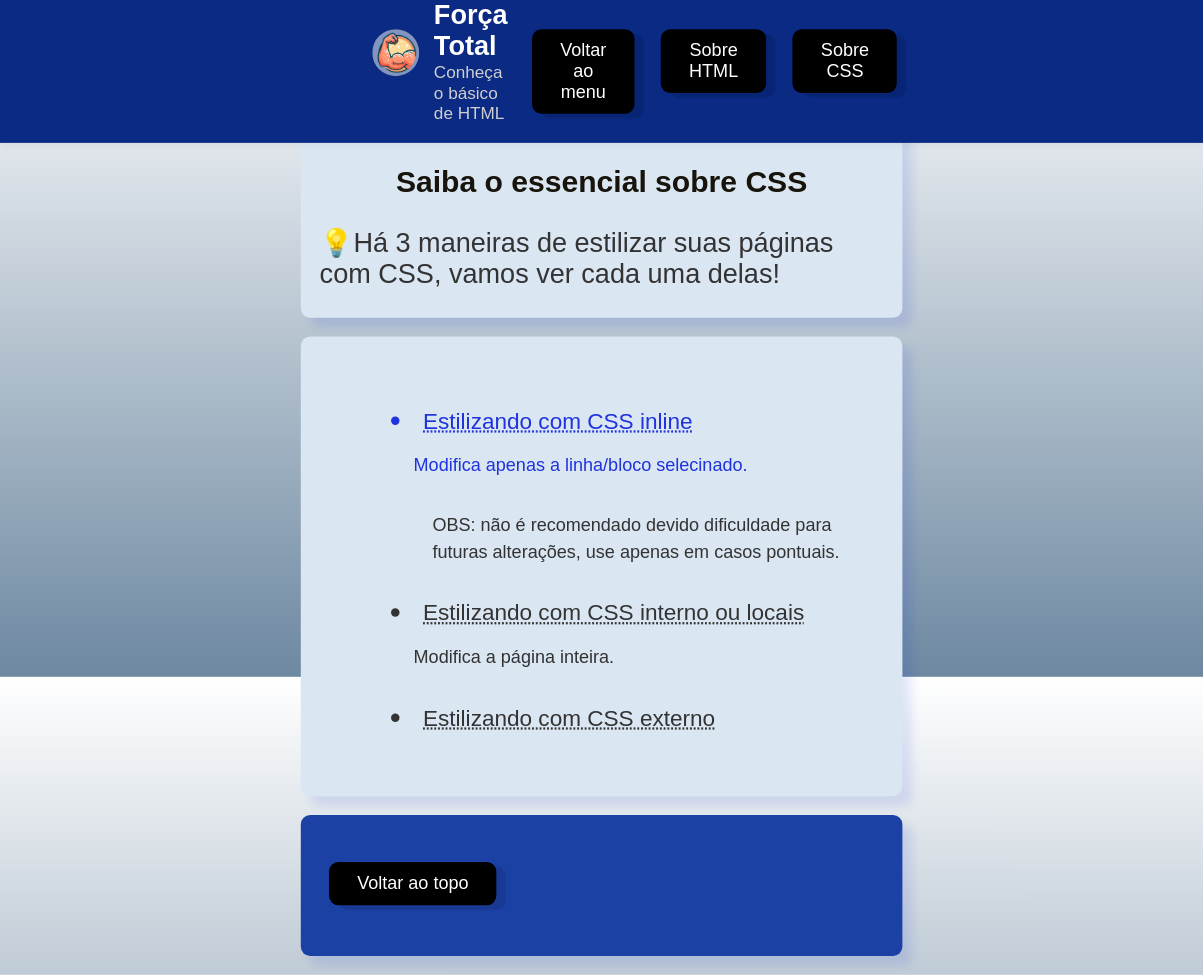
Repository: LuidyOn/Site_Forca_Total
Page: ForçaTotal/paginas/sobrecss.html
The author's editor kept a copy of each file at every save. The page is drawn from the files as they stood at one save, then again after the next save.
The browser window is 1280 px wide. The pictures show the whole page, at 94% of full size.
Backgrounds fixed to the window are drawn as part of the page.

Above is the page before, as saved 2025-05-19 14:27:17.

### ForçaTotal/paginas/sobrecss.html
<!DOCTYPE html>
<html lang="pt-br">
<head>
    <meta charset="UTF-8">
    <meta name="viewport" content="width=device-width, initial-scale=1.0">
    <title>Força Total</title>
  <link rel="shortcut icon" href="../img/icons/logo.ico" type="image/x-icon">
  <link rel="stylesheet" href="../css/style.css">
<!--
    Estilos CSS internos para a página:
    - Define fonte, cores de fundo e texto, margens e espaçamento do body.
    - Define cores para títulos (h1, h2, h3, h4).
    - Ajusta margem do h5.
    - Remove marcadores e espaçamento da lista.
    - Define espaçamento entre itens da lista.
    - Estiliza botões: cor de fundo, cor do texto, borda arredondada, efeito hover.
-->
<!--
<style>
    body {
            font-family: Arial, sans-serif;
            background-color: #cef7f7;
            color: #333;
            margin: 0;
            padding: 20px;
    }
    h1 {
            color: #2c3e50;
    }
    h2 {
            color: #2980b9;
    }
    h3 {
            color: #231a27;
    }
    h4 {
            color: #2980b9;
    }
    h5 {
            margin-left: 10px;
    }
    ul {
            list-style-type: none;
            padding: 0;
    }
    li {
            margin-bottom: 10px;
    }
    button {
            background-color: #3498db;
            color: white;
            border: 100;
            padding: 10px 20px;
            cursor: pointer;
            border-radius: 100px;
    }
    button:hover {
            background-color: #2980b9;
    }
</style>
-->
</head>
<body>
        <header>
      <div style="display: flex; align-items: center; gap: 16px;">
        <img src="../img/logo.jpg" alt="Imagem logo" style="height: 50px; width: auto; margin-left: 480px;">
        <div style="text-align: left;">
          <h1 style="margin: 0; font-size: 1.5em;">Força Total</h1>
          <p style="margin: 0; color: rgb(207, 207, 207); font-size: 0.95em;">Conheça o básico de HTML</p>
        </div>
      </div>
      <span style="flex: 1; display: flex; justify-content: center; gap: 8px; margin-right: 400px;" >
        <a href="../index.html"><button id="botao">Voltar ao menu</button></a>
        <a href="sobreHTML.html"><button>Sobre HTML</button></a>
        <a href="sobrecss.html"><button>Sobre CSS</button></a>
      </span>
    </header>
    <div style="height: 100px;"></div>
    <h3 style="text-align: left;">

<section style="background-color: #10315e #dae6f1; padding: 20px; text-align: justify;">
<h2 style="text-align: center;">Saiba o essencial sobre CSS</h2>
    <h3 style="text-align: left;">💡Há 3 maneiras de estilizar suas páginas com CSS, vamos ver cada uma delas!</h3>
    </section>

    <section>

    <ul>
        <li style="color: rgb(31, 51, 223);"><h4></style> <abbr title="Dica: use <h4 style='color'> ">Estilizando com CSS inline</h4></abbr>
                <p>Modifica apenas a linha/bloco selecinado.</p>
        </li>

            <h5>
                <p style="color: #333;">OBS: não é recomendado devido dificuldade para futuras alterações, use apenas em casos pontuais. </p>
            </h5>


        <li><h4> <abbr title="Em <head>, use: <style> body { font-family: Arial, sans-seri} h1 {...} ...">Estilizando com CSS interno ou locais</h4> </abbr>
        <p>Modifica a página inteira.</p></li>

        <li><h4> <abbr title="Para esteilizar uma página inteira usamos: <link rel='stylesheet' href='style.css'>">Estilizando com CSS externo</h4> </abbr>
        </li>
    </ul>
        </section>

<section style=" background-color: #1c41a5; padding: 10px; text-align: justify; height: 150px; padding: 1px 20px;">
  <h3 style="text-align: left;">
    <span>
    <a href="sobrecss.html"><button id="botao">Voltar ao topo</button></a>
  </h3>
  </section>

</body>
</html>

### ForçaTotal/css/style.css
/* Resetando algumas margens e paddings padrão */
@charset "UTF-8";

* {
  margin: 100;
  padding: 0;
  box-sizing: border-box;

}

body {
  font-family: 'Arial', sans-serif;
  text-align: left;
  background-image: linear-gradient(to bottom, #ffffff, #6d88a1);
  background-attachment: fixed;
  margin: 0;
  padding: 0;
  color: #333;
  width: 100vw;
  min-height: 100vh;
}

header {
  display: flex;
  align-items: center;
  justify-content: center;
  gap: 16px;
  position: fixed;
  top: -20px;
  left: 0;
  width: 100%;
  background: #10315e;
  z-index: 1000;
  box-shadow: 0 2px 8px rgba(0,0,0,0.05);
  background-color: #0a2a83;
  color: white;
  text-align: center;
  padding: 20px;
  font-size: 1.2rem;
}

header img {
  width: 150px;
  margin-bottom: 20px;
  border-radius: 50%;
}

h1 {
  font-size: 2.5rem;
  margin-bottom: 10px;
  font-weight: bold;
}

h2 {
  font-size: 2rem;
  margin-bottom: 10px;
  font-weight: bold;
}

h3 {
  font-size: 1.8rem;
  margin-bottom: 10px;
  font-weight: 300;
  text-align: center;
}

h4 {
  font-size: 1.5rem;
  margin-bottom: 10px;
  font-weight: 300;
  margin-left: 10px;
}

h5 {
  font-size: 1.3rem;
  margin-bottom: 10px;
  font-weight: 300;
  margin-left: 20px;
}

ul {
  padding: 0;
  margin-left: 100px;
}
ol {
  list-style-type: decimal;
  margin: 0;
}

p {
  font-size: 1.2rem;
  font-weight: 300;
}

section {
  padding: 40px 20px;
  background-color: #dae6f1;
  margin: 20px 0;
  border-radius: 10px;
  box-shadow: 10px 10px 10px rgba(0, 42, 228, 0.1);
  width: 50%;
  margin-left: auto;
  margin-right: auto;
  display: block;
  align-items: center;
  justify-content: space-between;
}

.variacao {
  background-color: rgba(99, 173, 219, 0.262);

}

section h2 {
  font-size: 2rem;
  margin-bottom: 10px;
  color: rgb(24, 20, 11);
}

section p {
  font-size: 1.2rem;
  line-height: 1.5;
  margin-bottom: 20px;
}

section img {
  width: 25%;
  max-width: 600px;
  border-radius: 10px;
  box-shadow: 0px 4px 6px rgba(0, 0, 0, 0.1);
  margin-left: px;
}

button {
  padding: 12px 30px;
  font-size: 1.2rem;
  background-color: #000000;
  color: white;
  border: none;
  border-radius: 10px;
  cursor: pointer;
  transition: background-color 0.3s ease, transform 0.2s ease;
  margin-top: 20px;
  margin-left: 10px;
  margin-right: 10px;
  box-shadow: 10px 5px 1px rgba(0, 0, 0, 0.1);

}

button:hover {
  background-color: #325f90;
  transform: translateY(-2px);
}

button:active {
  transform: translateY(0);
}

footer {
  background-color: #222;
  color: white;
  padding: 20px;
  font-size: 1rem;
  text-align: center;
  margin-top: 40px;
  left: 0;
  bottom: 0;
  width: 100vw;
  z-index: 100;
}

footer p {
  font-weight: 300;
  margin-left: -1000px;

}

@media screen and (max-width: 768px) {
  header h1 {
      font-size: 2rem;
  }

  section h2 {
      font-size: 1.8rem;
  }

  button {
      padding: 10px 25px;
  }
}

After the next save:
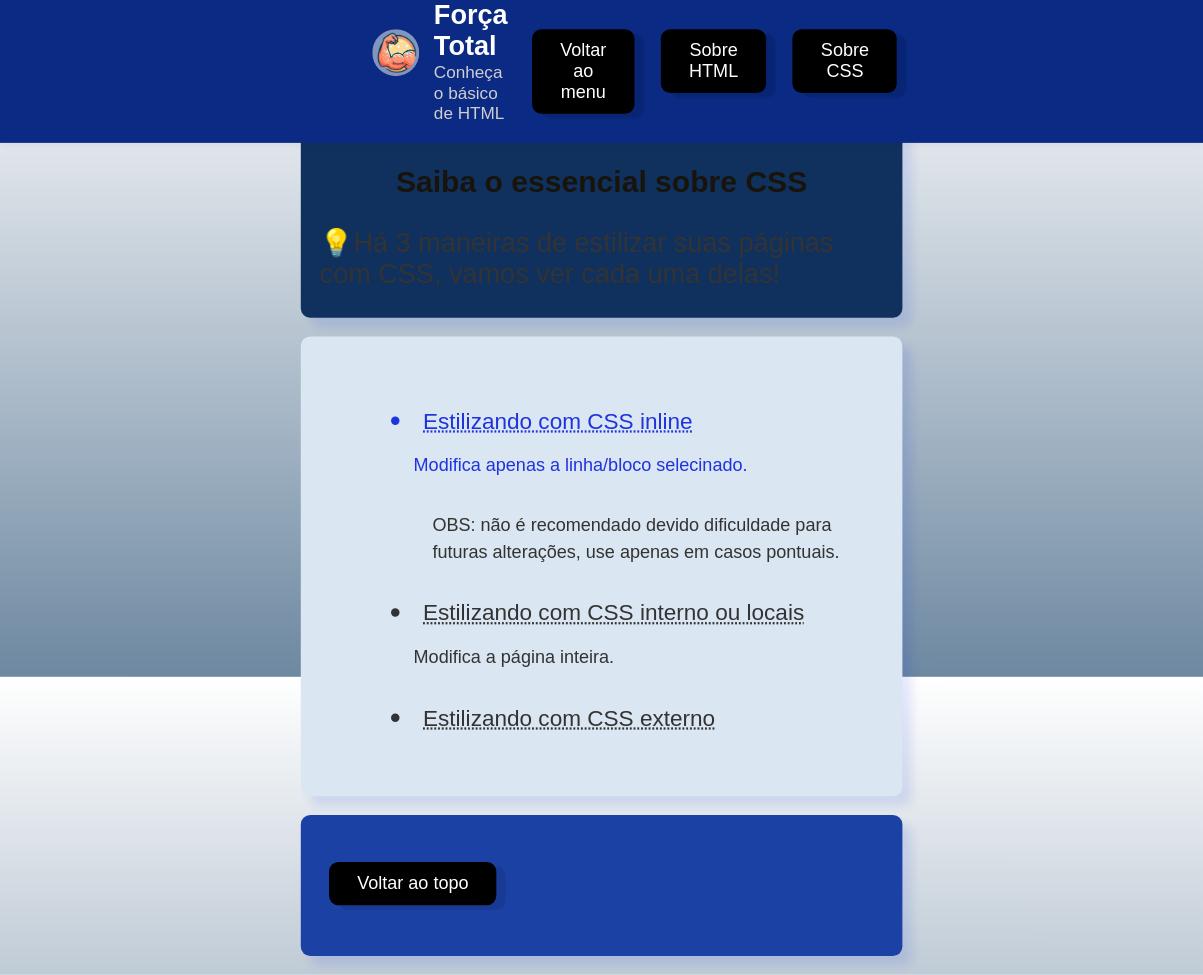
Saved 4 s later.
--- a/ForçaTotal/paginas/sobrecss.html
+++ b/ForçaTotal/paginas/sobrecss.html
@@ -78,7 +78,7 @@
     <div style="height: 100px;"></div>
     <h3 style="text-align: left;">
 
-<section style="background-color: #10315e #dae6f1; padding: 20px; text-align: justify;">
+<section style="background-color: #10315e; padding: 20px; text-align: justify;">
 <h2 style="text-align: center;">Saiba o essencial sobre CSS</h2>
     <h3 style="text-align: left;">💡Há 3 maneiras de estilizar suas páginas com CSS, vamos ver cada uma delas!</h3>
     </section>

After the 4 saves that followed:
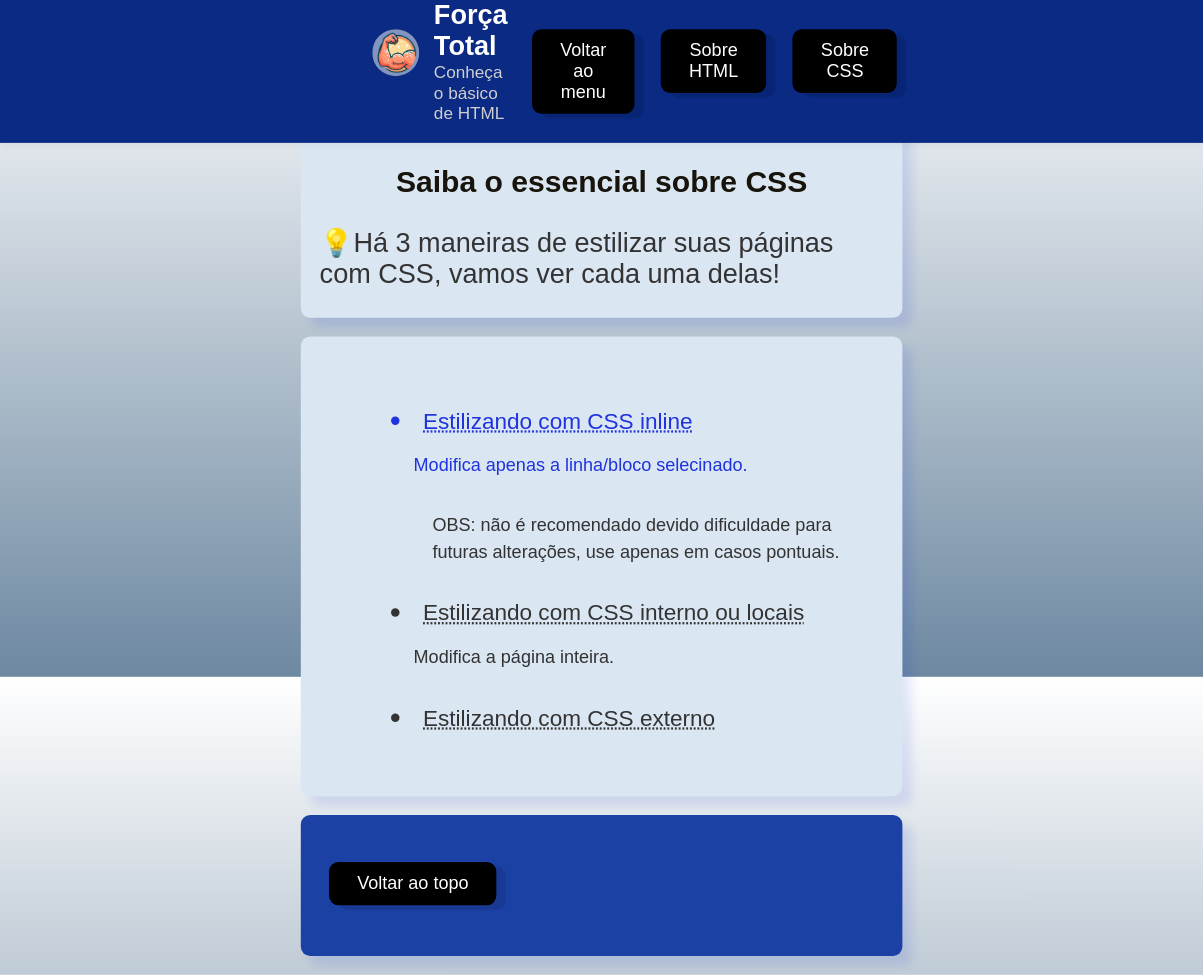
The 4 saves are shown as one change because they came seconds apart.
The last was saved 13 s later.
--- a/ForçaTotal/paginas/sobrecss.html
+++ b/ForçaTotal/paginas/sobrecss.html
@@ -78,7 +78,7 @@
     <div style="height: 100px;"></div>
     <h3 style="text-align: left;">
 
-<section style="background-color: #10315e; padding: 20px; text-align: justify;">
+<section style="background-color: #dae6f1; padding: 20px; text-align: justify;">
 <h2 style="text-align: center;">Saiba o essencial sobre CSS</h2>
     <h3 style="text-align: left;">💡Há 3 maneiras de estilizar suas páginas com CSS, vamos ver cada uma delas!</h3>
     </section>
